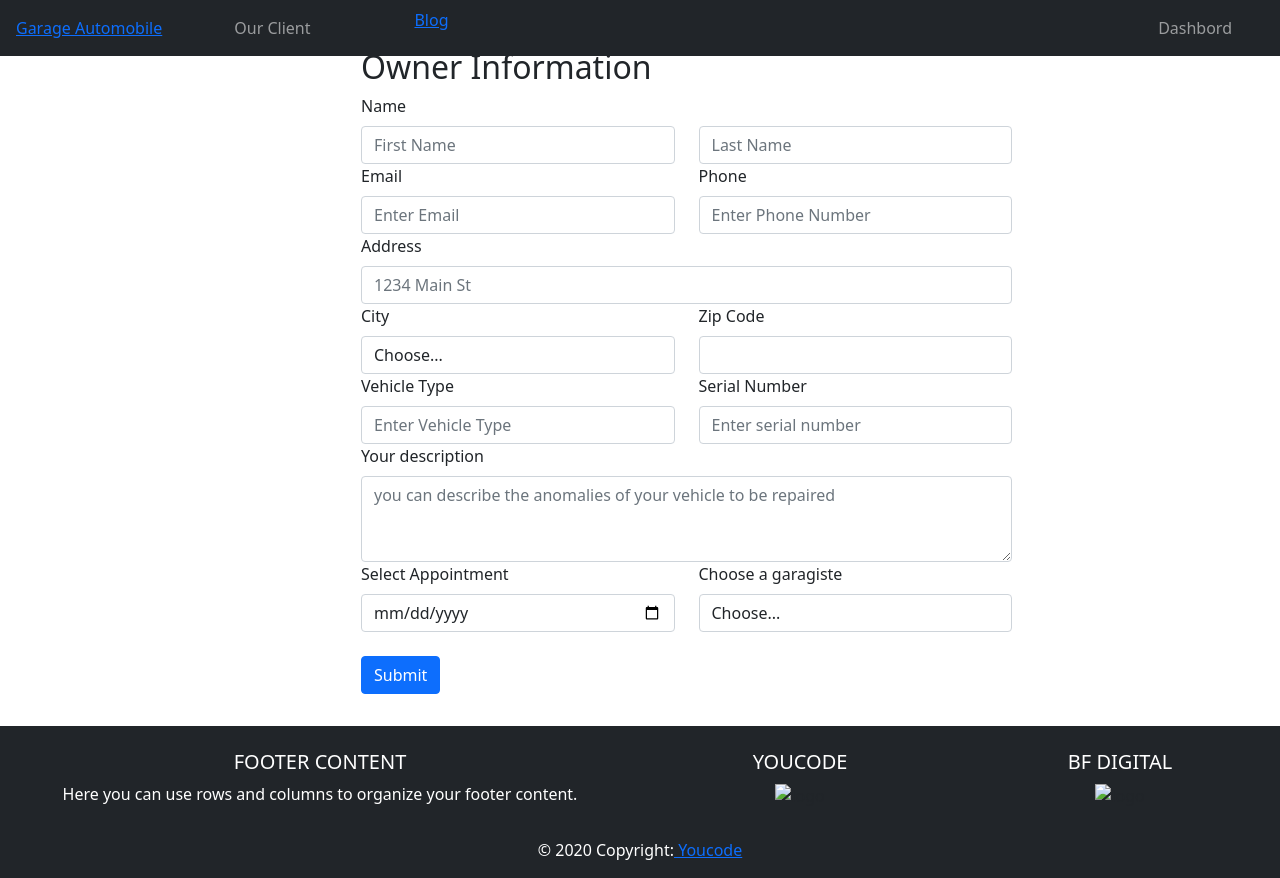
Repository: abdelhak-f/Fil-Rouge
Page: /FormGarage (app in client/)
An editor plug-in stored every save of this project. The page is shown before and after the next save, followed by the edit.
The browser window is 1280 px wide. The pictures show the whole page.
The project was rebuilt for these pictures with package versions that can differ from the ones it lists, and the page was loaded fresh each time. Also part of the build but not shown: client/src/components/Text.jsx, client/src/components/forms/FirstFrontForm.jsx, client/src/components/Body.jsx, client/src/components/css/style.css, client/src/components/Blog.jsx.

Above is the page before, as saved 2021-09-08 16:20:19.

After the next save:
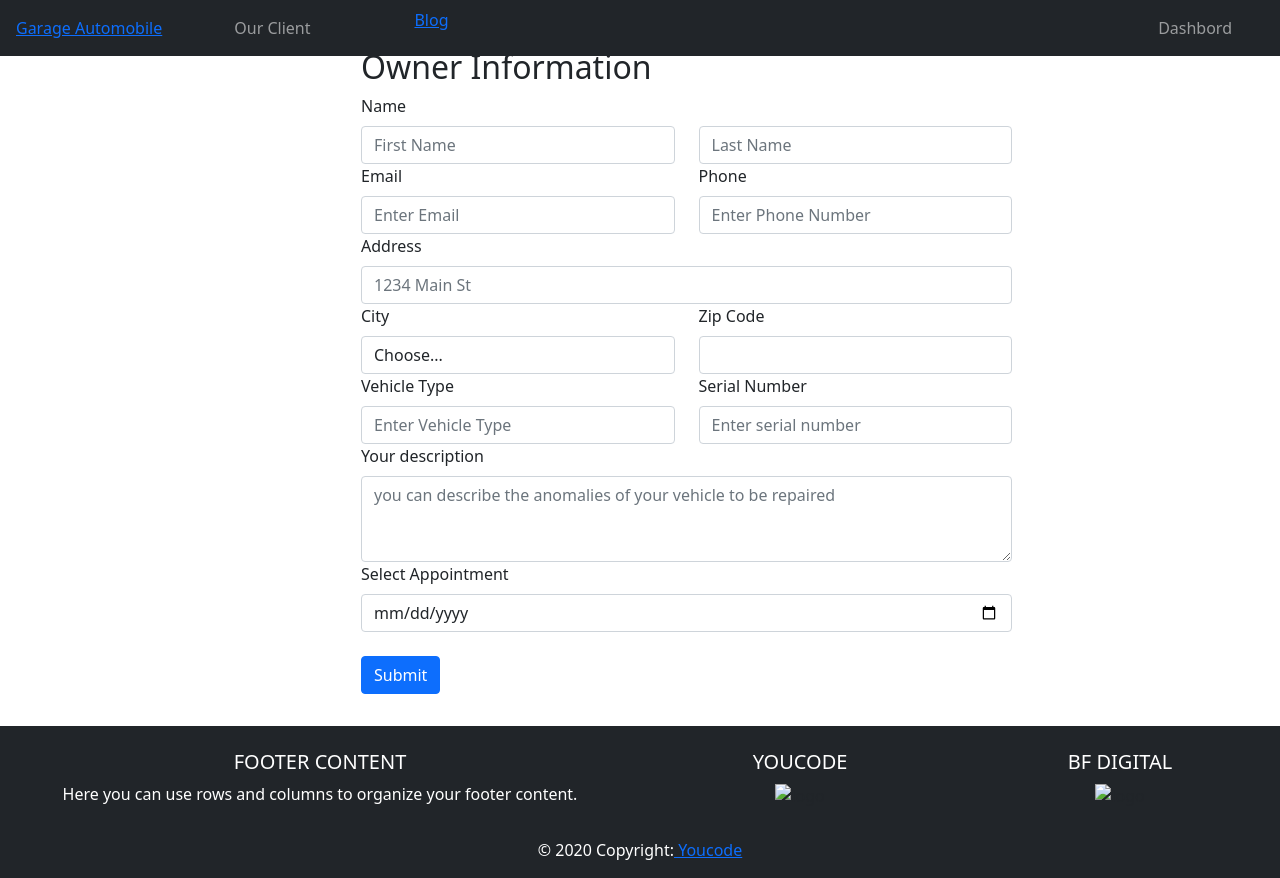
Saved 32 s later.
--- a/client/src/components/forms/FormGarage.jsx
+++ b/client/src/components/forms/FormGarage.jsx
@@ -86,13 +86,13 @@ function FormGarage() {
                       // onChange={this.setDate}
                     />
                   </Form.Group>
-                  <Form.Group as={Col} >
+                  {/* <Form.Group as={Col} >
                       <Form.Label>Choose a garagiste</Form.Label>
                       <Form.Control type="text" as="select" >
                        <option>Choose...</option>
                        </Form.Control>
 
-                    </Form.Group>
+                    </Form.Group> */}
                   </Row>
                   <br />
 
